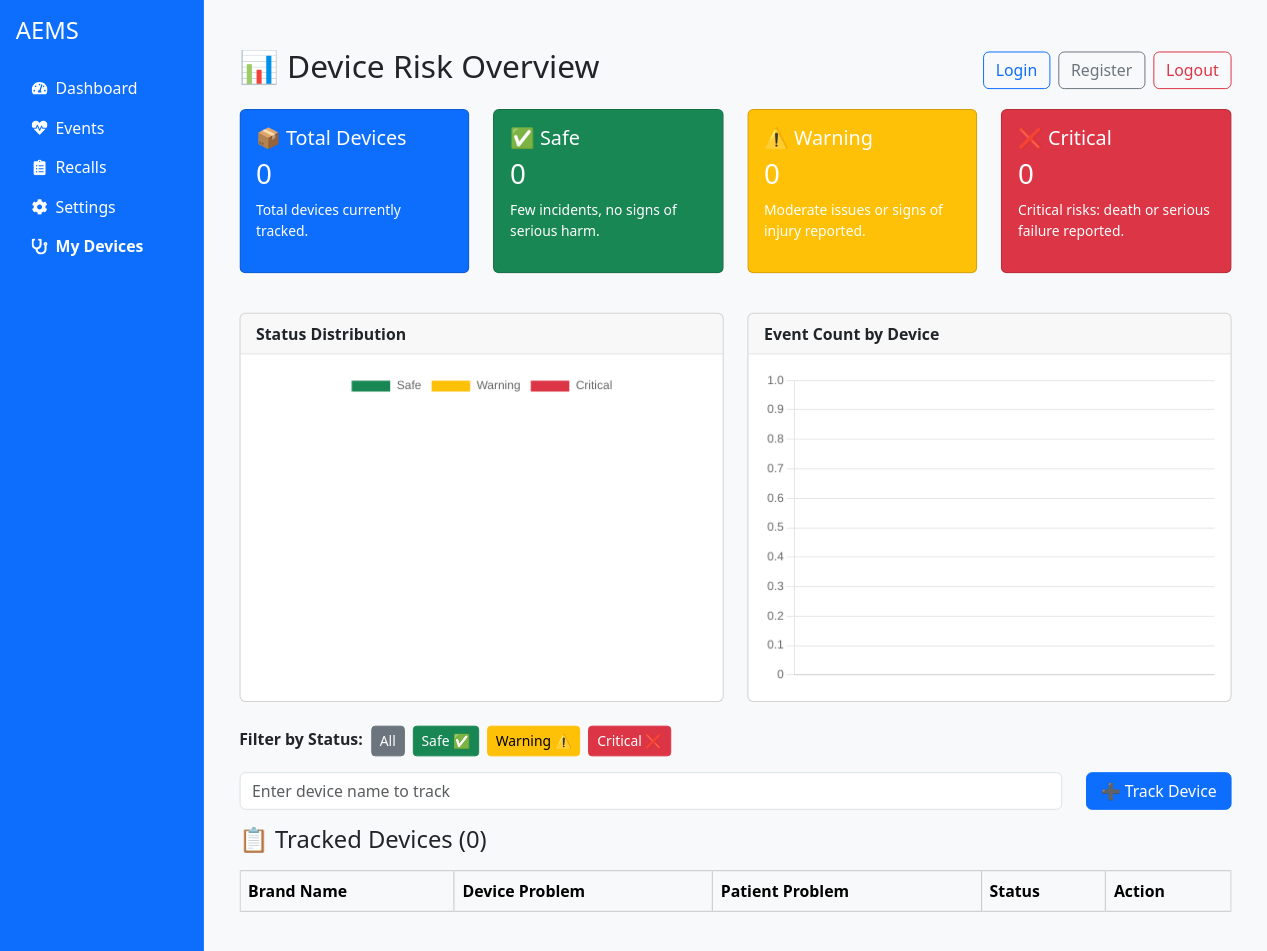
Repository: Sarary2/AEMS_2MVP
Page: /tracked (app in frontend/AEMS/)
An editor plug-in stored every save of this project. The page is shown before and after the next save, followed by the edit.
The browser window is 1280 px wide. The pictures show the whole page, at 99% of full size.
The page's requests for data from a server got no answer. The project was rebuilt for these pictures with package versions that can differ from the ones it lists, and the page was loaded fresh each time. No one was signed in, and anything a server would have sent is missing. Also part of the build but not shown: frontend/AEMS/vite.config.js, frontend/AEMS/src/components/DeviceRow.jsx, frontend/AEMS/src/components/RecallsPanel.jsx, frontend/AEMS/src/pages/Dashboard.jsx, frontend/AEMS/src/pages/Events.jsx, frontend/AEMS/src/firebase.js, frontend/AEMS/src/pages/Login.jsx, frontend/AEMS/src/pages/Register.jsx and 2 more.

Above is the page before, as saved 2025-05-06 13:32:56.

After the next save:
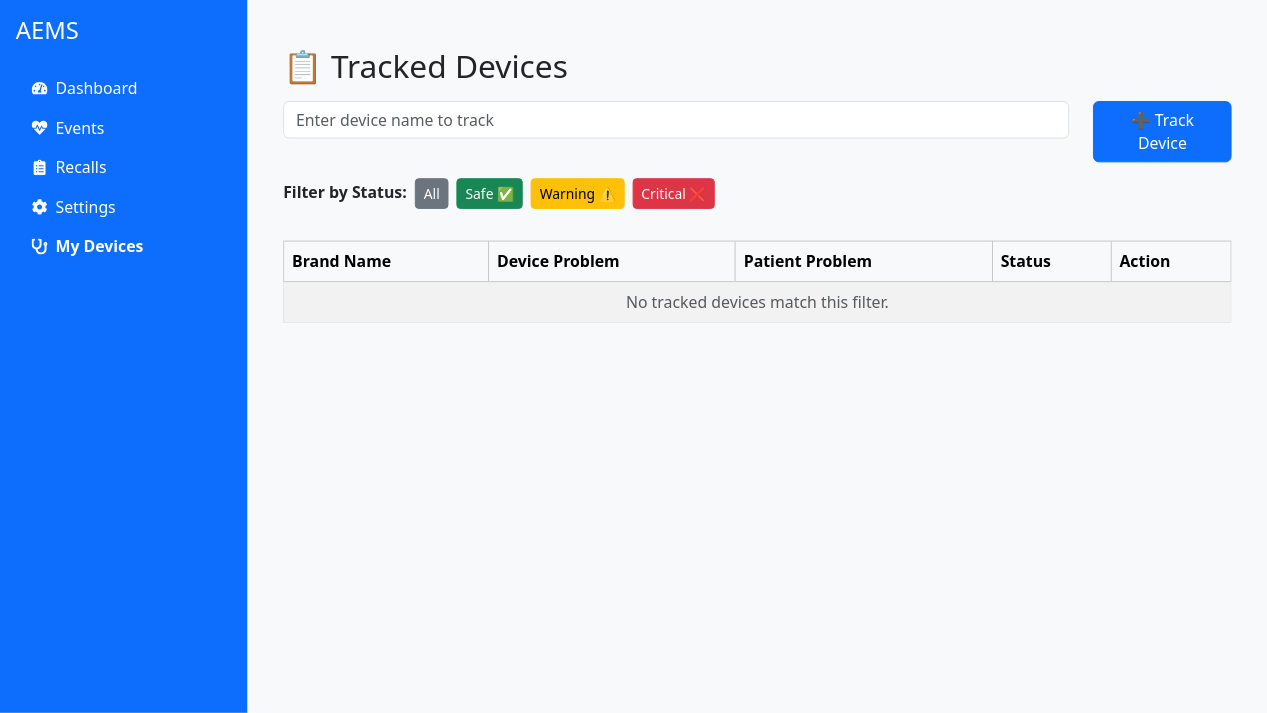
Saved 4 min 45 s later.
--- a/frontend/AEMS/src/pages/TrackedDevices.jsx
+++ b/frontend/AEMS/src/pages/TrackedDevices.jsx
@@ -1,35 +1,20 @@
 import { useEffect, useState } from 'react';
-import { useNavigate } from 'react-router-dom';
-import StatCard from '../components/StatCard';
 import DeviceRow from '../components/DeviceRow';
-import StatusChart from '../components/StatusChart';
-import EventsChart from '../components/EventsChart';
 
-export default function Dashboard() {
+export default function TrackedDevices() {
   const [devices, setDevices] = useState([]);
-  const [filter, setFilter] = useState('All');
   const [tracked, setTracked] = useState(() =>
     JSON.parse(localStorage.getItem('trackedDevices') || '[]')
   );
   const [deviceInput, setDeviceInput] = useState('');
-  const navigate = useNavigate();
+  const [filter, setFilter] = useState('All');
 
   useEffect(() => {
     fetch('http://localhost:5001/api/devices/all')
       .then(res => res.json())
       .then(data => setDevices(data))
-      .catch(err => console.error('Failed to fetch devices', err));
+      .catch(err => console.error('Error fetching devices', err));
   }, []);
-
-  const getStatusCounts = () => {
-    const total = devices.length;
-    const safe = devices.filter(d => d.status === 'Safe').length;
-    const warning = devices.filter(d => d.status === 'Warning').length;
-    const critical = devices.filter(d => d.status === 'Critical').length;
-    return { total, safe, warning, critical };
-  };
-
-  const { total, safe, warning, critical } = getStatusCounts();
 
   const handleTrackAdd = () => {
     const input = deviceInput.trim().toLowerCase();
@@ -40,8 +25,10 @@ export default function Dashboard() {
     setDeviceInput('');
   };
 
-  const handleTrackRemove = (name) => {
-    const updated = tracked.filter(t => t !== name.toLowerCase());
+  const handleTrackRemove = (brandName) => {
+    const normalized = tracked.find(t => brandName.toLowerCase().includes(t));
+    if (!normalized) return;
+    const updated = tracked.filter(t => t !== normalized);
     setTracked(updated);
     localStorage.setItem('trackedDevices', JSON.stringify(updated));
   };
@@ -63,43 +50,7 @@ export default function Dashboard() {
 
   return (
     <div className="container-fluid">
-      <div className="d-flex justify-content-between align-items-center mt-4 mb-3">
-        <h2>📊 Device Risk Overview</h2>
-        <div>
-          <button className="btn btn-outline-primary me-2" onClick={() => navigate('/login')}>Login</button>
-          <button className="btn btn-outline-secondary me-2" onClick={() => navigate('/register')}>Register</button>
-          <button className="btn btn-outline-danger" onClick={() => alert('🔒 Logged out')}>Logout</button>
-        </div>
-      </div>
-
-      <div className="row mb-4">
-        <StatCard title="Total Devices" count={total} />
-        <StatCard title="Safe" count={safe} />
-        <StatCard title="Warning" count={warning} />
-        <StatCard title="Critical" count={critical} />
-      </div>
-
-      <div className="row mb-4">
-        <div className="col-md-6">
-          <StatusChart data={{ Safe: safe, Warning: warning, Critical: critical }} />
-        </div>
-        <div className="col-md-6">
-          <EventsChart devices={devices} />
-        </div>
-      </div>
-
-      <div className="mb-3">
-        <strong>Filter by Status:</strong>{' '}
-        {['All', 'Safe', 'Warning', 'Critical'].map((s) => (
-          <button
-            key={s}
-            className={`btn btn-sm mx-1 btn-${s === 'All' ? 'secondary' : s === 'Safe' ? 'success' : s === 'Warning' ? 'warning' : 'danger'}`}
-            onClick={() => setFilter(s)}
-          >
-            {s} {statusIcons[s] || ''}
-          </button>
-        ))}
-      </div>
+      <h2 className="mt-4 mb-3">📋 Tracked Devices</h2>
 
       <div className="mb-3 row">
         <div className="col-md-10">
@@ -117,9 +68,21 @@ export default function Dashboard() {
         </div>
       </div>
 
-      <h4>📋 Tracked Devices ({filteredDevices.length})</h4>
+      <div className="mb-3">
+        <strong>Filter by Status:</strong>{' '}
+        {['All', 'Safe', 'Warning', 'Critical'].map((s) => (
+          <button
+            key={s}
+            className={`btn btn-sm mx-1 btn-${s === 'All' ? 'secondary' : s === 'Safe' ? 'success' : s === 'Warning' ? 'warning' : 'danger'}`}
+            onClick={() => setFilter(s)}
+          >
+            {s} {statusIcons[s] || ''}
+          </button>
+        ))}
+      </div>
+
       <div className="table-responsive">
-        <table className="table table-striped table-bordered mt-2">
+        <table className="table table-striped table-bordered mt-3">
           <thead className="table-light">
             <tr>
               <th>Brand Name</th>
@@ -130,25 +93,15 @@ export default function Dashboard() {
             </tr>
           </thead>
           <tbody>
-            {filteredDevices.map((device, i) => (
-              <tr key={i}>
-                <DeviceRow device={device} />
-                <td>
-                  <button
-                    className="btn btn-sm btn-outline-danger"
-                    onClick={() =>
-                      handleTrackRemove(
-                        tracked.find(t =>
-                          device.brandName.toLowerCase().includes(t)
-                        )
-                      )
-                    }
-                  >
-                    Remove
-                  </button>
-                </td>
+            {filteredDevices.length === 0 ? (
+              <tr>
+                <td colSpan="5" className="text-center text-muted">No tracked devices match this filter.</td>
               </tr>
-            ))}
+            ) : (
+              filteredDevices.map((device, i) => (
+                <DeviceRow key={i} device={device} onRemove={handleTrackRemove} />
+              ))
+            )}
           </tbody>
         </table>
       </div>
